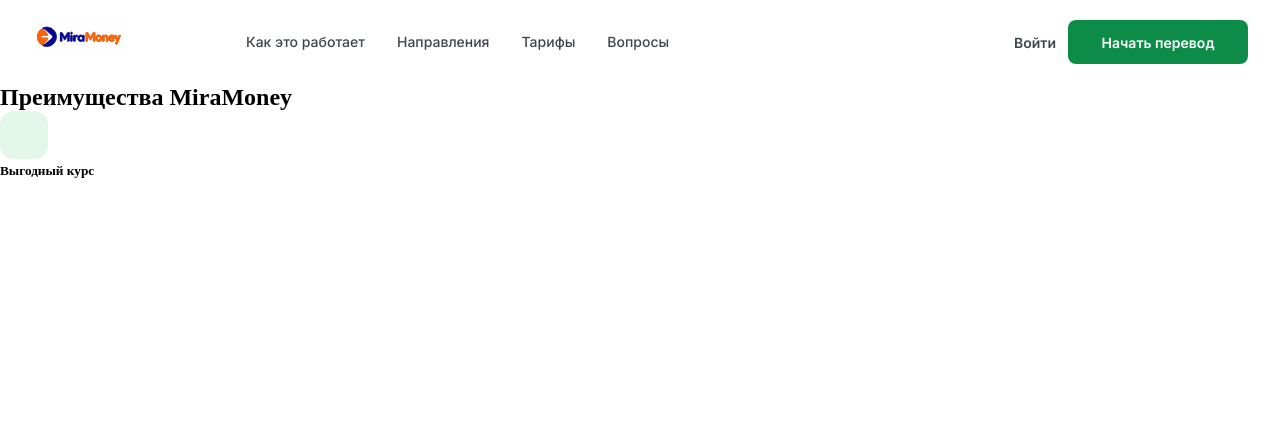
Repository: Shaiyr1/mira-money
Page: index.html
The author's editor kept a copy of each file at every save. The page is drawn from the files as they stood at one save, then again after the next save.
The browser window is 1280 px wide. The pictures show the whole page.

Above is the page before, as saved 2026-10-20 16:21:53.

### index.html
<!DOCTYPE html>
<html lang="en">
<head>
    <meta charset="UTF-8">
    <meta http-equiv="X-UA-Compatible" content="IE=edge">
    <meta name="viewport" content="width=device-width, initial-scale=1.0">
    <link rel="stylesheet" href="/src/css/style.css">
    <title>Document</title>
</head>
<body>
    <header class="header">
        <nav class="header-nav">
            <a class="header-nav__link" href="">
                <img class="header-nav__link-logo" src="./src/img/logo.svg" alt="logo">
            </a>
            <ul class="header-nav__ul">
                <li class="header-nav__li">
                    <a class="header-nav__li-link" href="">Как это работает</a>
                </li>
                <li class="header-nav__li">
                    <a class="header-nav__li-link" href="">Направления</a>
                </li>
                <li class="header-nav__li">
                    <a class="header-nav__li-link" href="">Тарифы</a>
                </li>
                <li class="header-nav__li">
                    <a class="header-nav__li-link" href="">Вопросы</a>
                </li>
            </ul>
            <div class="header-nav__sign">
                <a class="header-nav__sign-link" href="">Войти</a>
                <button class="header-nav__sign-btn">Начать перевод</button>
            </div>
        </nav>
    </header>
    <main class="main">
        <section class="home">
            <div class="container">

            </div>
        </section>
        <section class="advantages">
            <div class="container">
                <h2 class="advantages__title">
                    Преимущества MiraMoney
                </h2>
                <div class="advantages-blocks">
                    <div class="advantages-block">
                        <img class="advantages-block__icon" src="./src/img/icon.svg" alt="icon">
                        <h5 class="advantages-block__title">Выгодный курс</h5>
                        <p class="advantages-block__subtitle"></p>
                    </div>
                </div>
            </div>
        </section>
    </main>
</body>
</html>

### src/css/style.css
@import url('https://fonts.googleapis.com/css2?family=Inter:ital,opsz,wght@0,14..32,100..900;1,14..32,100..900&display=swap');

* {
    margin: 0;
    padding: 0;
    box-sizing: border-box;
}

.header {}

.header-nav {
    width: 95%;
    height: 84px;
    margin: 0 auto;
    display: flex;
    align-items: center;
}

.header-nav__link {}

.header-nav__link-logo {}

.header-nav__ul {
    margin-left: 120px;
    display: flex;
    align-items: center;
    gap: 32px;
}

.header-nav__li {
    list-style-type: none;
}

.header-nav__li-link {
    text-decoration: none;
    color: #3f444c;
    font-size: 14px;
    font-family: Inter;
    font-weight: 500;
    transition: 0.4s;
}
.header-nav__li-link:hover {
    color: #0c8c47;
    transition: 0.4s;
    font-size: 14.5px;
}

.header-nav__sign {
    margin-left: auto;
    display: flex;
    align-items: center;
    gap: 12px;
}

.header-nav__sign-link {
    text-decoration: none;
    color: #3f454c;
    font-size: 14px;
    font-family: Inter;
    font-weight: 600;
    transition: 0.4s;
}
.header-nav__sign-link:hover {
    color: #0c8c47;
    transition: 0.4s;
    font-size: 14.5px;

}
.header-nav__sign-btn {
    background-color: #0c8c47;
    width: 180px;
    height: 44px;
    border-radius: 8px;
    color: #ffffff;
    font-size: 14px;
    font-family: Inter;
    font-weight: 600;
    border: none;
    cursor: pointer;
    transition: 0.4s;
}
.header-nav__sign-btn:hover {
    background-color: rgb(0, 96, 0);
    transition: 0.4s;
}

After the next save:
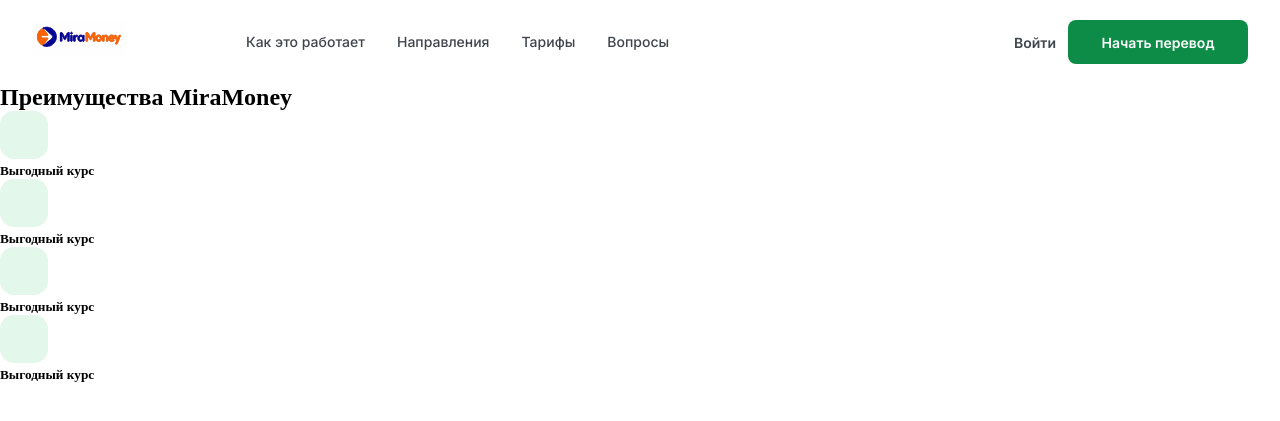
Saved 20 s later.
--- a/index.html
+++ b/index.html
@@ -50,6 +50,21 @@
                         <h5 class="advantages-block__title">Выгодный курс</h5>
                         <p class="advantages-block__subtitle"></p>
                     </div>
+                    <div class="advantages-block">
+                        <img class="advantages-block__icon" src="./src/img/icon.svg" alt="icon">
+                        <h5 class="advantages-block__title">Выгодный курс</h5>
+                        <p class="advantages-block__subtitle"></p>
+                    </div>
+                    <div class="advantages-block">
+                        <img class="advantages-block__icon" src="./src/img/icon.svg" alt="icon">
+                        <h5 class="advantages-block__title">Выгодный курс</h5>
+                        <p class="advantages-block__subtitle"></p>
+                    </div>
+                    <div class="advantages-block">
+                        <img class="advantages-block__icon" src="./src/img/icon.svg" alt="icon">
+                        <h5 class="advantages-block__title">Выгодный курс</h5>
+                        <p class="advantages-block__subtitle"></p>
+                    </div>
                 </div>
             </div>
         </section>
